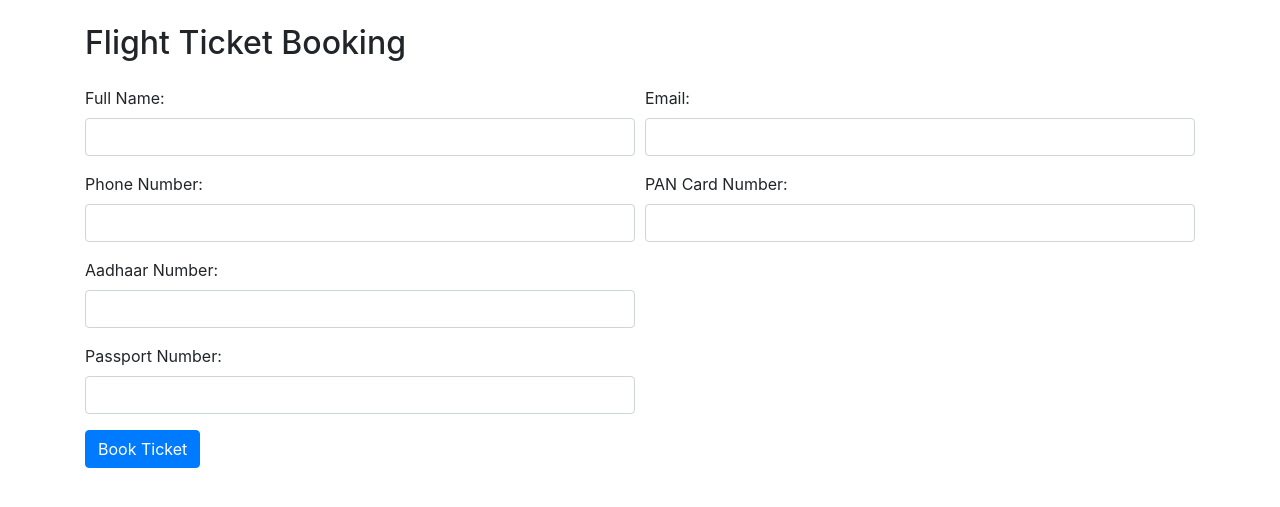
Repository: Hari-mani-don/JavaDynamicProjectWorkspace
Page: http://localhost/Airline/ticketBookingPage.jsp
An editor plug-in stored every save of this project. The page is shown before and after a run of saves, followed by the edit.
The browser window is 1280 px wide. The pictures show the whole page.
The page is served by Tomcat 9.

Above is the page before, as saved 2024-05-15 23:18:14.

After the next 3 saves:
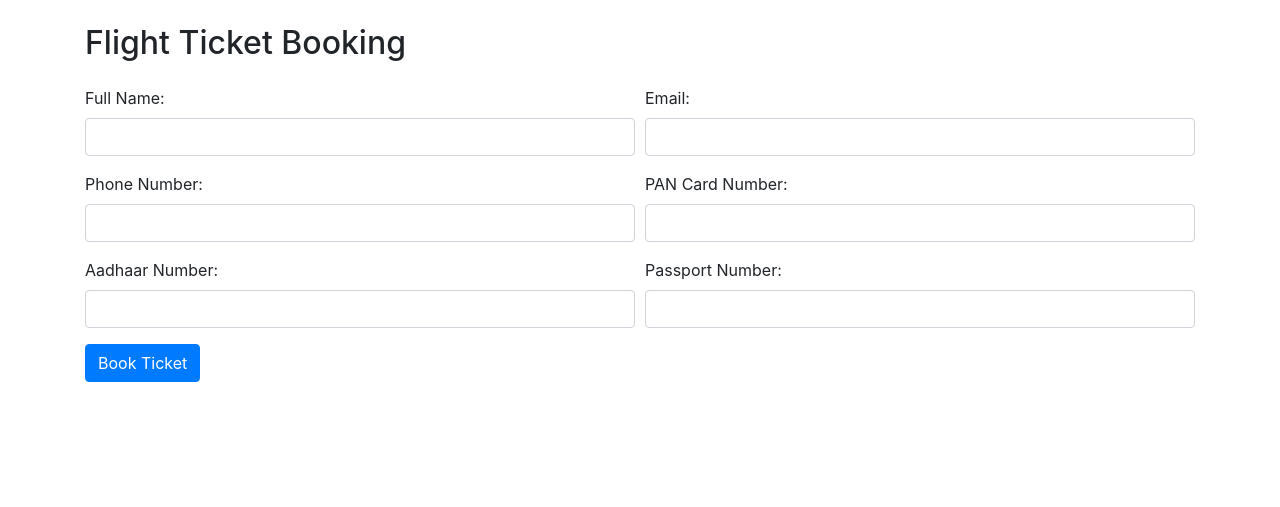
The 3 saves are shown as one change because they came seconds apart.
The last was saved 94 s later.
--- a/Airline/src/main/webapp/ticketBookingPage.jsp
+++ b/Airline/src/main/webapp/ticketBookingPage.jsp
@@ -52,6 +52,10 @@ String flightName = request.getParameter("flightName");
 						class="form-control" id="aadhaar" name="aadhaar"
 						pattern="[0-9]{12}" required>
 				</div>
+				<div class="form-group col-md-6">
+					<label for="passport">Passport Number:</label> <input type="number"
+						class="form-control" id="passport" name="passport" required>
+				</div>
 
 			</div>
 			<div class="form-row">
@@ -63,10 +67,7 @@ String flightName = request.getParameter("flightName");
 				 <input type="hidden"class="form-control" id="flightName" name="flightName" value="<%=flightName %>" required>
 				<input type="hidden"
 						class="form-control" id="source" name="source" value="<%=source %>" required>
-				<div class="form-group col-md-6">
-					<label for="passport">Passport Number:</label> <input type="number"
-						class="form-control" id="passport" name="passport" required>
-				</div>
+
 			</div>
 			<button type="submit" class="btn btn-primary">Book Ticket</button>
 		</form>
